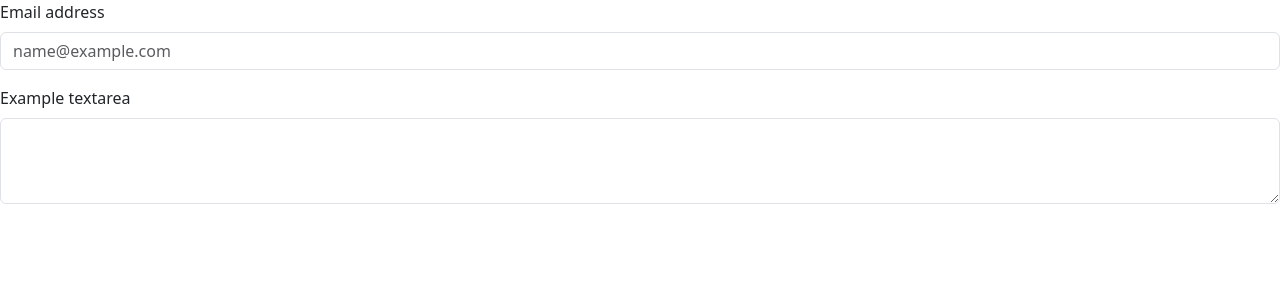
Repository: manit4/cris_batch2
Page: http://localhost/jsp_security/views/index.jsp
These files come from the project's save history. The page is drawn as it stood at one moment and after the next save; the edit follows.
The browser window is 1280 px wide. The pictures show the whole page.
The page is served by Tomcat 9.

Above is the page before, as saved 2024-03-01 05:01:36.

After the next save:
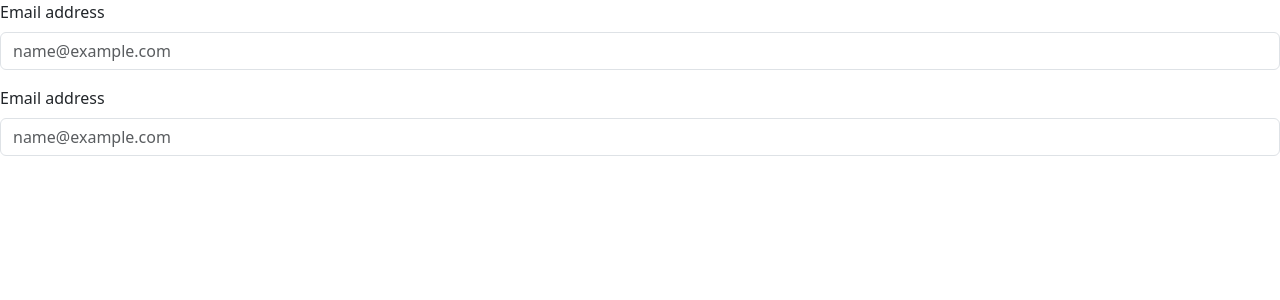
Saved 39 s later.
--- a/jsp_security/src/main/webapp/views/index.jsp
+++ b/jsp_security/src/main/webapp/views/index.jsp
@@ -19,10 +19,9 @@
 			id="exampleFormControlInput1" placeholder="name@example.com">
 	</div>
 	<div class="mb-3">
-		<label for="exampleFormControlTextarea1" class="form-label">Example
-			textarea</label>
-		<textarea class="form-control" id="exampleFormControlTextarea1"
-			rows="3"></textarea>
+		<label for="exampleFormControlInput1" class="form-label">Email
+			address</label> <input type="email" class="form-control"
+			id="exampleFormControlInput1" placeholder="name@example.com">
 	</div>
 </body>
 </html>
